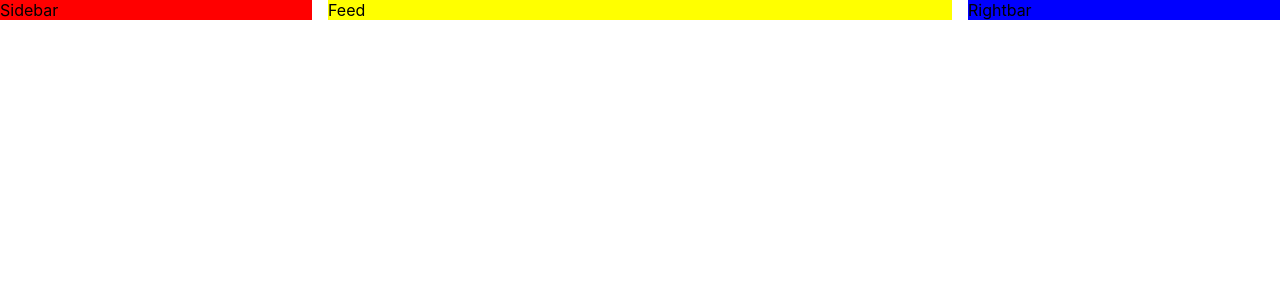
Repository: abubaker-cs/mui5_dashboard
Page: /
An editor plug-in stored every save of this project. The page is shown before and after the next save, followed by the edit.
The browser window is 1280 px wide. The pictures show the whole page.
The project was rebuilt for these pictures with package versions that can differ from the ones it lists, and the page was loaded fresh each time. Also part of the build but not shown: src/App.css.

Above is the page before, as saved 2022-07-17 05:26:41.

### public/index.html
<!DOCTYPE html>
<html lang="en">
  <head>
    <meta charset="utf-8" />
    <link rel="icon" href="%PUBLIC_URL%/favicon.ico" />
    <meta name="viewport" content="width=device-width, initial-scale=1" />
    <meta name="theme-color" content="#000000" />
    <meta
      name="description"
      content="Web site created using create-react-app"
    />
    <link rel="apple-touch-icon" href="%PUBLIC_URL%/logo192.png" />

    <link rel="manifest" href="%PUBLIC_URL%/manifest.json" />
    <link
      rel="stylesheet"
      href="https://fonts.googleapis.com/css?family=Roboto:300,400,500,700&display=swap"
    />
    <link
      rel="stylesheet"
      href="https://fonts.googleapis.com/icon?family=Material+Icons"
    />

    <title>React App</title>
  </head>
  <body>
    <noscript>You need to enable JavaScript to run this app.</noscript>
    <div id="root"></div>
  </body>
</html>

### src/App.js
import "./App.css";
import Sidebar from "./components/Sidebar";
import Feed from "./components/Feed";
import Rightbar from "./components/Rightbar";
import { Box, Container, Stack } from "@mui/material";

function App() {
  return (
    <Box>
      {/* navbar */}

      <Stack direction="row" spacing={2} justifyContent="space-evenly">
        <Sidebar />
        <Feed />
        <Rightbar />
      </Stack>
    </Box>
  );
}

export default App;

### src/components/Sidebar.jsx
import { Box } from "@mui/material";
import React from "react";

const Sidebar = () => {
  return (
    <Box bgcolor="red" flex={1}>
      Sidebar
    </Box>
  );
};

export default Sidebar;

### src/components/Feed.jsx
import { Box } from "@mui/material";
import React from "react";

const Feed = () => {
  return (
    <Box bgcolor="yellow" flex={2}>
      Feed
    </Box>
  );
};

export default Feed;

### src/components/Rightbar.jsx
import { Box } from "@mui/material";
import React from "react";

const Rightbar = () => {
  return (
    <Box bgcolor="blue" flex={1}>
      Rightbar
    </Box>
  );
};

export default Rightbar;

Loaded but not shown: src/index.js (common file); src/index.css (common file)

After the next save:
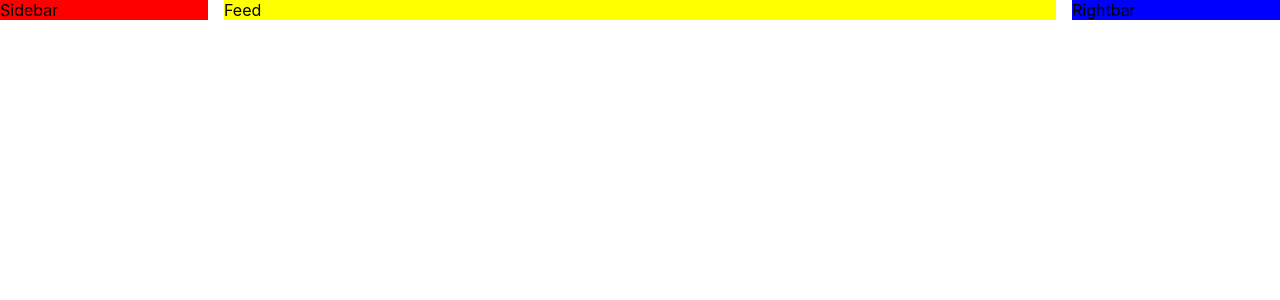
Saved 23 s later.
--- a/src/components/Feed.jsx
+++ b/src/components/Feed.jsx
@@ -3,7 +3,7 @@
 
 const Feed = () => {
   return (
-    <Box bgcolor="yellow" flex={2}>
+    <Box bgcolor="yellow" flex={4}>
       Feed
     </Box>
   );
